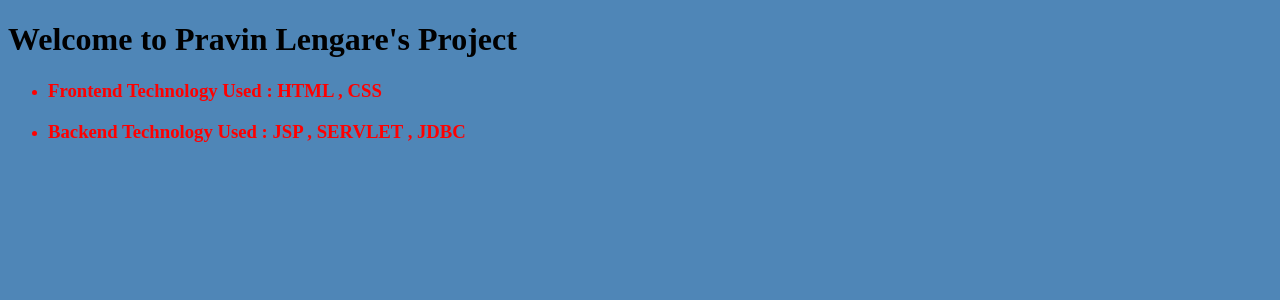
Repository: PravinLengare/Advance-Java
Page: http://localhost/Login-Register/
These files come from the project's save history. The page is drawn as it stood at one moment and after the next save; the edit follows.
The browser window is 1280 px wide. The pictures show the whole page.
The page is served by Tomcat 9. Other server files are loaded and not shown.

Above is the page before, as saved 2025-08-19 13:02:10.

### Login-Register/src/main/webapp/index.html
<!DOCTYPE html>
<html>
<head>
<meta charset="UTF-8">
<title>Index Page</title>
<link rel="stylesheet" href="style.css">
</head>
<body>
	<h1>Welcome to Pravin Lengare's Project </h1>
	<ul>
		<li><h3>Frontend Technology Used : HTML , CSS</h3></li>
		<li><h3>Backend Technology Used : JSP , SERVLET , JDBC </h3></li>

	</ul>

</body>
</html>

### Login-Register/src/main/webapp/style.css
@charset "UTF-8";
ul{
	color:red;
}
body{
	align-items: center;
	background-color: rgb(79, 134, 183);
}

After the next save:
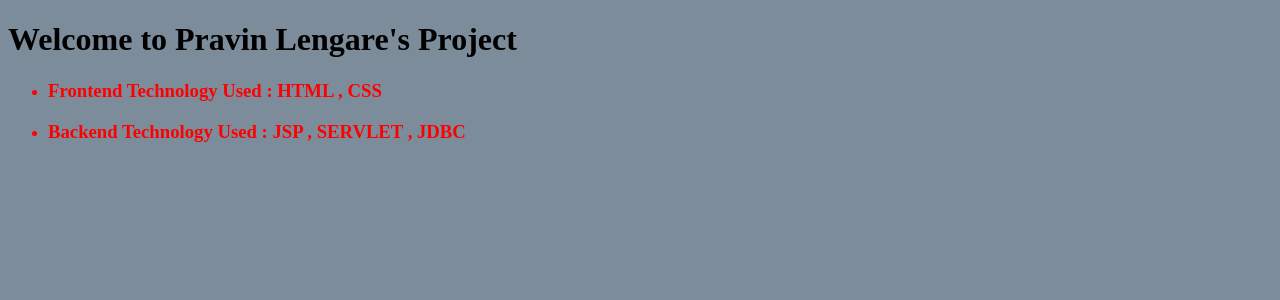
Saved 22 s later.
--- a/Login-Register/src/main/webapp/style.css
+++ b/Login-Register/src/main/webapp/style.css
@@ -4,5 +4,5 @@ ul{
 }
 body{
 	align-items: center;
-	background-color: rgb(79, 134, 183);
+	background-color: rgb(124, 140, 154);
 }
